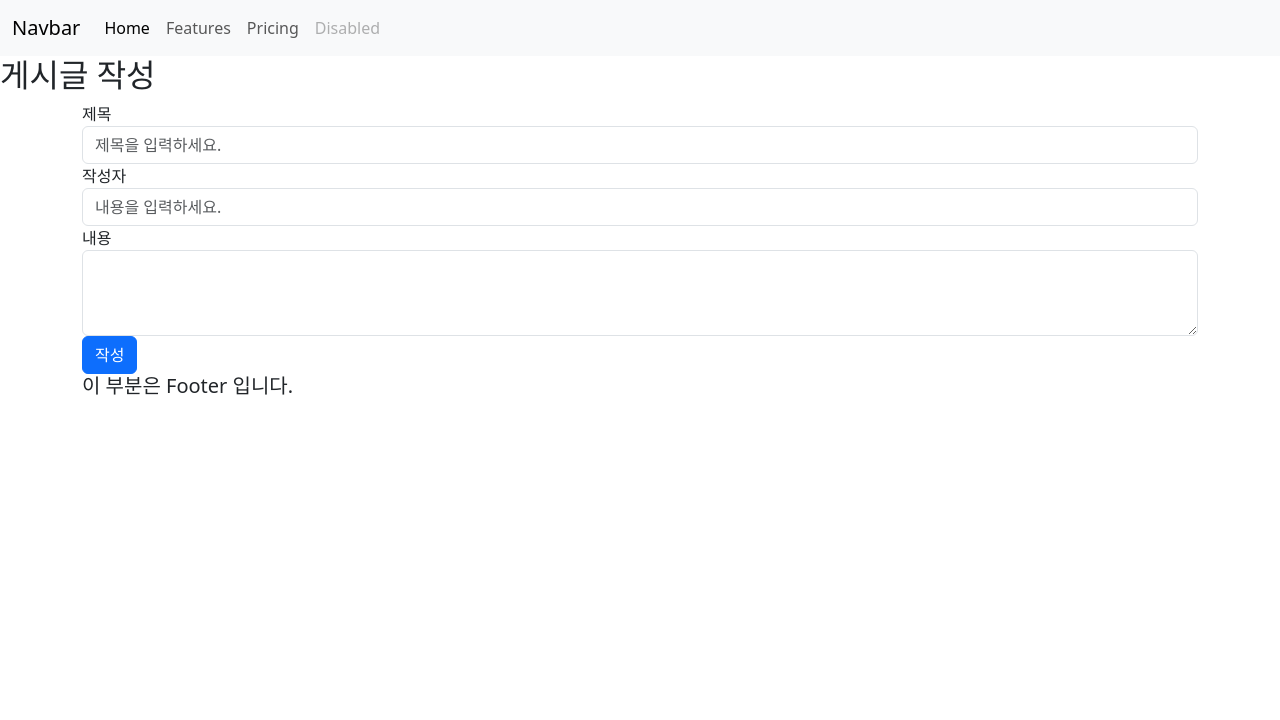
Repository: Jae-yi/JSPMybatis
Page: http://localhost/JspMybatisSub/WEB-INF/views/board/insert.jsp
The author's editor kept a copy of each file at every save. The page is drawn from the files as they stood at one save, then again after the next save.
The browser window is 1280 px wide. The pictures show the whole page.
The page is served by Tomcat 9. Nobody is signed in. The template is opened directly, without the code that normally fills it, so the values that code supplies are empty.

Above is the page before, as saved 2023-01-13 06:44:16.

After the next save:
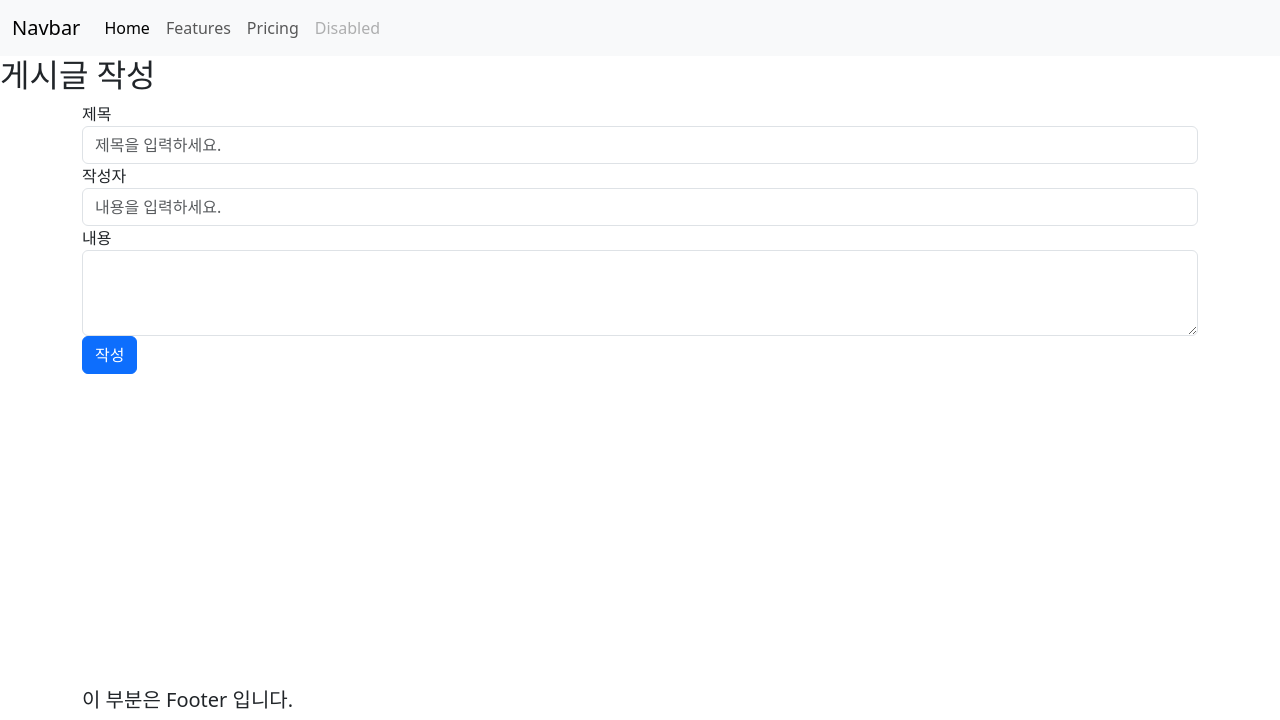
Saved 17 s later.
--- a/JspMybatisSub/src/main/webapp/WEB-INF/views/include/footer.jsp
+++ b/JspMybatisSub/src/main/webapp/WEB-INF/views/include/footer.jsp
@@ -4,10 +4,9 @@
 <html>
 <head>
 <meta http-equiv="Content-Type" content="text/html; charset=UTF-8">
-<style "position:absolute; bottom:0"></style>
 <title>Insert title here</title>
 </head>
 <body>
-    <h5>이 부분은 Footer 입니다.</h5>
+    <h5 style="position:absolute; bottom:0">이 부분은 Footer 입니다.</h5>
 </body>
 </html>
